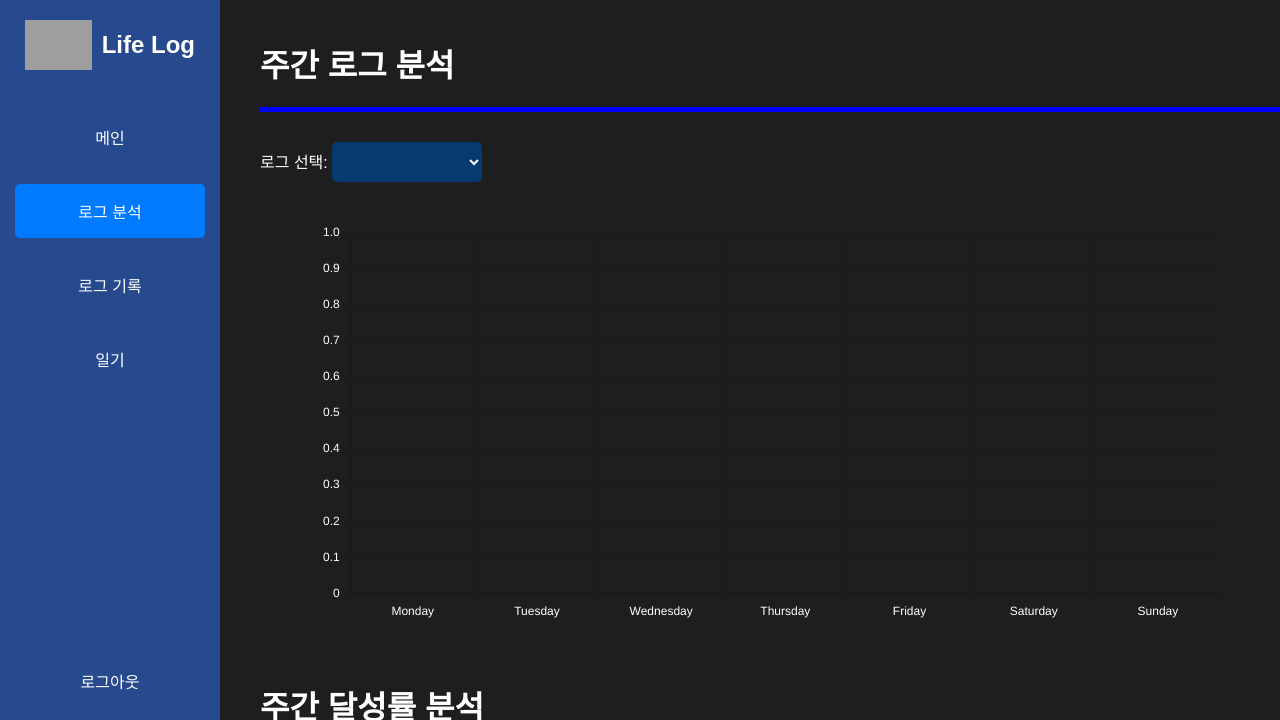
Repository: Hyuk-II/2-2
Page: http://localhost/LifeLog/log_analyze.jsp
An editor plug-in stored every save of this project. The page is shown before and after the next save, followed by the edit.
The browser window is 1280 px wide. The pictures show the whole page.
Pictures or frames that could not be fetched are drawn as grey boxes. An inner scrolling area shows only its first screen. The page is served by Tomcat 9. The session is filled in as if someone had signed in: {"email": "test@example.com", "name": "Test User"}. Queries for data that is not in the repository find no rows.

Above is the page before, as saved 2024-12-14 12:15:16.

### 웹 프로그래밍/LifeLog/src/main/webapp/log_analyze.jsp
<%@ page language="java" contentType="text/html; charset=UTF-8" pageEncoding="UTF-8"%>
<%@ page import="java.sql.*, java.util.*" %>
<%@ page import="javax.servlet.http.*" %>
<%
// 세션에서 사용자 이메일 가져오기
String userEmail = (String) session.getAttribute("email"); // 세션에서 이메일 값 가져오기

// 데이터베이스 연결 정보
String dbUrl = "jdbc:mysql://localhost:3306/life_log_db?serverTimezone=UTC";
String dbUser = "lifelog_admin";
String dbPassword = "q1w2e3r4";

Connection conn = null;
PreparedStatement pstmt = null;
ResultSet rs = null;

// log_name 목록, 단위 및 데이터를 저장할 맵
Map<String, double[]> logDataMap = new LinkedHashMap<>();
Map<String, String> unitMap = new LinkedHashMap<>();
Map<String, Double> goalAchievementMap = new LinkedHashMap<>();

try {
    // 세션 이메일 확인
    if (userEmail == null) {
        response.sendRedirect("login.jsp"); // 세션 정보가 없으면 로그인 페이지로 이동
        return;
    }

    // 데이터베이스 연결
    Class.forName("com.mysql.cj.jdbc.Driver");
    conn = DriverManager.getConnection(dbUrl, dbUser, dbPassword);

    // 특정 사용자의 log_name 목록 및 단위 가져오기
    String logNameQuery = "SELECT DISTINCT log_name, unit FROM logs WHERE user_id = ?";
    pstmt = conn.prepareStatement(logNameQuery);
    pstmt.setString(1, userEmail);
    rs = pstmt.executeQuery();
    List<String> logNames = new ArrayList<>();
    while (rs.next()) {
        String logName = rs.getString("log_name");
        logNames.add(logName);
        unitMap.put(logName, rs.getString("unit")); // 단위 저장
    }
    rs.close();
    pstmt.close();

    // 요일별 데이터 및 달성률 계산
    for (String logName : logNames) {
        double[] weeklyData = new double[7];
        Arrays.fill(weeklyData, 0.0); // 기본값 0으로 초기화
        double totalInput = 0.0;
        int activeDays = 0;
        double goalValue = 0.0;

        String query =
            "SELECT day_of_week, SUM(input_value) AS total_input, COUNT(DISTINCT date_entered) AS active_days, goal_value " +
            "FROM logs " +
            "WHERE user_id = ? AND log_name = ? AND WEEK(date_entered, 1) = ( " +
            "    SELECT MAX(WEEK(date_entered, 1)) FROM logs WHERE user_id = ? AND log_name = ? " +
            ") GROUP BY day_of_week, goal_value";
        pstmt = conn.prepareStatement(query);
        pstmt.setString(1, userEmail);
        pstmt.setString(2, logName);
        pstmt.setString(3, userEmail);
        pstmt.setString(4, logName);

        rs = pstmt.executeQuery();

        Map<String, Integer> dayIndexMap = Map.of(
            "월요일", 0,
            "화요일", 1,
            "수요일", 2,
            "목요일", 3,
            "금요일", 4,
            "토요일", 5,
            "일요일", 6
        );

        while (rs.next()) {
            String day = rs.getString("day_of_week");
            double dayTotalInput = rs.getDouble("total_input");
            int dayActiveDays = rs.getInt("active_days");
            goalValue = rs.getDouble("goal_value"); // 동일 log_name이므로 goal_value는 동일

            totalInput += dayTotalInput;
            activeDays += dayActiveDays;

            if (dayIndexMap.containsKey(day)) {
                int index = dayIndexMap.get(day);
                weeklyData[index] = dayTotalInput;
            }
        }

        // 달성률 계산: (totalInput / (activeDays * goalValue)) * 100
        if (activeDays > 0 && goalValue > 0) {
            double achievementRate = (totalInput / (activeDays * goalValue)) * 100;
            goalAchievementMap.put(logName, achievementRate);
        }

        logDataMap.put(logName, weeklyData);
        rs.close();
    }

} catch (Exception e) {
    e.printStackTrace();
} finally {
    if (rs != null) rs.close();
    if (pstmt != null) pstmt.close();
    if (conn != null) conn.close();
}

// JSON 데이터를 생성
StringBuilder graphDataJsonBuilder = new StringBuilder();
graphDataJsonBuilder.append("{");
int logIndex = 0;
for (Map.Entry<String, double[]> entry : logDataMap.entrySet()) {
    graphDataJsonBuilder.append("\"").append(entry.getKey()).append("\": [");
    double[] data = entry.getValue();
    for (int i = 0; i < data.length; i++) {
        graphDataJsonBuilder.append(data[i]);
        if (i < data.length - 1) {
            graphDataJsonBuilder.append(", ");
        }
    }
    graphDataJsonBuilder.append("]");
    if (logIndex < logDataMap.size() - 1) {
        graphDataJsonBuilder.append(", ");
    }
    logIndex++;
}
graphDataJsonBuilder.append("}");
String graphDataJson = graphDataJsonBuilder.toString();

StringBuilder goalAchievementJsonBuilder = new StringBuilder();
goalAchievementJsonBuilder.append("{");
int achievementIndex = 0;
for (Map.Entry<String, Double> entry : goalAchievementMap.entrySet()) {
    goalAchievementJsonBuilder.append("\"").append(entry.getKey()).append("\": ").append(entry.getValue());
    if (achievementIndex < goalAchievementMap.size() - 1) {
        goalAchievementJsonBuilder.append(", ");
    }
    achievementIndex++;
}
goalAchievementJsonBuilder.append("}");
String goalAchievementJson = goalAchievementJsonBuilder.toString();

// JSP로 데이터 전달
request.setAttribute("graphData", graphDataJson);
request.setAttribute("goalAchievementData", goalAchievementJson);
request.setAttribute("logNames", logDataMap.keySet());
request.setAttribute("unitMap", unitMap); // 단위 데이터 전달
%>


<!DOCTYPE html>
<html>
<head>
    <link rel="icon" href="./images/Logo.png">
    <title>Life Log</title>
    <style>
        body {
            font-family: Arial, sans-serif;
            background-color: #1e1e1e;
            color: white;
            margin: 0;
            padding: 0;
            display: flex;
        }

        .container {
            display: flex;
            height: 100vh;
            width: 100%;
        }

        .menu-bar {
        	width:200px;
        	background-color: #274a8f;
        	display: flex;
        	flex-direction: column;
        	align-items: center;
        	padding: 20px 10px;
        	gap: 20px;
		}

      	.menu-item {
        	display: flex;
        	align-items: center;
        	justify-content: center;
        	padding: 15px;
        	width: 80%;
        	color: white;
        	text-align: center;
        	background-color: #274a8f;
        	border-radius: 5px;
        	cursor: pointer;
        	transition: background-color 0.3s ease;
      	}

      	.menu-item:hover,
      	.menu-item.active {
        	background-color: #007bff;
      	}

      	.place-bottom{
      		bottom: 12px;
      		width: 160px;
      		position: absolute;
      	}

          select {
            width: 150px; /* 선택 창 너비 */
            height: 40px; /* 선택 창 높이 */
            background-color: #063a71; /* 선택 창 배경색 */
            color: white; /* 선택 창 글자 색상 */
            border: none; /* 테두리 제거 */
            border-radius: 5px; /* 모서리를 둥글게 */
            padding: 5px 10px; /* 내부 여백 */
            font-size: 16px; /* 글자 크기 */
            outline: none; /* 포커스 시 외곽선 제거 */
            cursor: pointer; /* 커서를 포인터로 변경 */
            transition: background-color 0.3s ease;
        }

        select:hover {
            background-color: #0056b3; /* 마우스 오버 시 배경색 */
        }

        option {
            font-size: 16px; /* 옵션 글자 크기 */
            padding: 10px; /* 옵션 내부 여백 */
        }

        .logo-container {
  			display: flex;
  			align-items: center;
  			gap: 10px;
  			margin-bottom: 20px;
  		}


		.logo {
  		    height: 50px;
  			width: auto;
  			}

		.logo-text {
  			font-size: 24px;
  			font-weight: bold;
  			color: white;
		}

        .main-content {
            flex: 1;
            padding-left: 40px;
            box-sizing: border-box;
            overflow-y: auto;
        }

        .section1 {
            margin-top: 40px;
        }

        .section2 {
            margin-top: 60px;
        }

        hr {
            height: 5px;
            border: none;
            background-color: blue;
            margin-top: 10px;
            margin-bottom: 30px;
        }

        .graph-container {
            margin: 20px auto;
            margin-top: 40px;
            width: 90%;
            text-align: center;
        }

        canvas {
    		display: block;
    		margin: 0 auto;
    		width: 900px !important;
    		height: 400px !important;
		}


        #achievementContainer {
            display: flex;
            flex-wrap: wrap; /* 한 줄에 두 개씩 정렬 */
            justify-content: space-around;
        }

        .info-table {
            width: 70%; /* 테이블 전체 너비를 조정 */
            margin: 10px auto; /* 중앙 정렬 */
            border-collapse: collapse; /* 테두리 간격 제거 */
        }

        .info-table tr {
            border-bottom: 1px solid #444; /* 하단 경계선 */
        }

        .info-table th, .info-table td {
            padding: 15px 10px;
            text-align: left; /* 텍스트를 가운데 정렬 */
            color: white;
        }

        .info-table th {
            font-weight: bold;
            text-align: left; /* 헤더 가운데 정렬 */
        }

        .info-table td:first-child {
            text-align: left; /* 첫 번째 열은 왼쪽 정렬 */
        }

    </style>
    <script src="https://cdn.jsdelivr.net/npm/chart.js"></script>
    <script>
        let chart;

        // 전체 데이터
        const graphData = JSON.parse('<%= request.getAttribute("graphData") %>');
        const goalAchievementData = JSON.parse('<%= request.getAttribute("goalAchievementData") %>');

        console.log("goalAchievementData:", goalAchievementData);

        // 그래프 그리기
        function drawGraph(logName) {
            const data = graphData[logName];
            const ctx = document.getElementById('graphCanvas').getContext('2d');

                    // 막대그래프 색상 배열 생성
        const colors = [
            'rgba(255, 99, 132, 0.7)',  // Monday
            'rgba(54, 162, 235, 0.7)', // Tuesday
            'rgba(255, 206, 86, 0.7)', // Wednesday
            'rgba(75, 192, 192, 0.7)', // Thursday
            'rgba(153, 102, 255, 0.7)', // Friday
            'rgba(255, 159, 64, 0.7)',  // Saturday
            'rgba(199, 199, 199, 0.7)'  // Sunday
        ];

        const borderColors = [
            'rgba(255, 99, 132, 1)',  // Monday
            'rgba(54, 162, 235, 1)', // Tuesday
            'rgba(255, 206, 86, 1)', // Wednesday
            'rgba(75, 192, 192, 1)', // Thursday
            'rgba(153, 102, 255, 1)', // Friday
            'rgba(255, 159, 64, 1)',  // Saturday
            'rgba(199, 199, 199, 1)'  // Sunday
        ];

            if (chart) {
                chart.destroy();
            }

            chart = new Chart(ctx, {
                type: 'bar',
                data: {
                    labels: ["Monday", "Tuesday", "Wednesday", "Thursday", "Friday", "Saturday", "Sunday"],
                    datasets: [{
                        label: logName,
                        data: data,
                        backgroundColor: colors,
                        borderColor: borderColors,
                        borderWidth: 1
                    }]
                },
                options: {
                    scales: {
                        y: {
                            beginAtZero: true,
                            ticks: {
                                color: 'white'
                            }
                        },
                        x: {
                            ticks: {
                                color: 'white'
                            }
                        }
                    },
                    plugins: {
                        legend: {
                            display: false
                        }
                    }
                }
            });
        }

        function createPieChartWithTitle(logName, index) {
            const container = document.createElement('div');
            console.log("createPieChartWithTitle logName:", logName); // 디버깅 추가

            container.style.width = '48%'; // 한 줄에 두 개씩 정렬
            container.style.margin = '1%'; // 그래프 간 간격
            container.style.textAlign = 'center';
            container.style.display = 'inline-block'; // Flex 정렬에 포함되도록 설정

            // 제목 추가
            const title = document.createElement('h3');
            title.textContent = logName
            title.style.color = 'white';
            title.style.marginBottom = '10px';
            container.appendChild(title);

            // 캔버스 추가
            const canvasId = `achievementCanvas${index}`;
            const canvasElement = document.createElement('canvas');
            canvasElement.id = canvasId;
            canvasElement.width = 300; // 그래프 크기 축소
            canvasElement.height = 300;
            container.appendChild(canvasElement);

            // 컨테이너에 추가
            const achievementContainer = document.getElementById('achievementContainer');
            achievementContainer.appendChild(container);

            // 그래프 생성
            const ctx = canvasElement.getContext('2d');
            new Chart(ctx, {
                type: 'pie',
                data: {
                    labels: [logName + " 달성", logName + " 미달성"],
                    datasets: [{
                        data: [
                            goalAchievementData[logName],
                            100 - goalAchievementData[logName]
                        ],
                        backgroundColor: [
                            'rgba(75, 192, 192, 0.7)',
                            'rgba(255, 99, 132, 0.7)'
                        ]
                    }]
                },
                options: {
                    plugins: {
                        legend: {
                            display: true,
                            position: 'bottom'
                        },
                        tooltip: {
                            callbacks: {
                                label: function (context) {
                                    let label = context.label || '';
                                    if (label) {
                                        label += ': ';
                                    }
                                    label += context.raw.toFixed(2) + '%';
                                    return label;
                                }
                            }
                        }
                    }
                }
            });
        }

        // 페이지 로드 시 실행
        window.onload = function () {
            const logSelector = document.getElementById('logSelector');
            drawGraph(logSelector.value);
            logSelector.addEventListener('change', function () {
                drawGraph(this.value);
            });



            // 원그래프 생성
            const achievementContainer = document.getElementById('achievementContainer');
            achievementContainer.innerHTML = ''; // 기존 그래프 초기화
            Object.keys(goalAchievementData).forEach((logName, index) => {
                createPieChartWithTitle(logName, index);
            });
        };

</script>
</head>
<body>
    <div class="container">
        <div class="menu-bar">
            <div class="logo-container"  onclick="location.href='main.jsp'">
                <img src="./images/Logo.png" alt="Logo" class="logo" />
                <div class="logo-text">Life Log</div>
          </div>
          <div class="menu-item" data-page="main" onclick="location.href='main.jsp'">메인</div>
          <div class="menu-item active" data-page="log-analysis" onclick="location.href='log_analyze.jsp'">로그 분석</div>
          <div class="menu-item" data-page="log-record" onclick="location.href='goal_set.jsp'">로그 기록</div>
          <div class="menu-item" data-page="diary" onclick="location.href='diary.jsp'">일기</div>
          <div class="menu-item place-bottom" onclick="location.href='SignIn.jsp'">로그아웃</div>
        </div>


        <div class="main-content">
            <h1 class="section1">주간 로그 분석</h1>
            <hr>
            <div>
                <label for="logSelector">로그 선택:</label>
                <select id="logSelector">
                    <% for (String logName : (Set<String>) request.getAttribute("logNames")) { %>
                        <option value="<%= logName %>"> <%= logName %></option>
                    <% } %>
                </select>
            </div>
            <div class="graph-container">
                <canvas id="graphCanvas" width="900" height="400"></canvas>
            </div>
            <h1 class="section2">주간 달성률 분석</h1>
            <hr>
            <div id="achievementContainer" class="graph-container">
                <!-- 개별 원그래프가 동적으로 추가됩니다. -->
            </div>
            <h1 class="section2">주간 로그 통계</h1>
            <hr>
            <table class="info-table">
                <thead>
                    <tr>
                        <th>항목</th>
                        <th>값</th>
                    </tr>
                </thead>
                <tbody>
                    <%
                        for (String logName : logDataMap.keySet()) {
                            double[] weeklyData = logDataMap.get(logName);
                            double total = Arrays.stream(weeklyData).sum(); // 총합 계산
                            String unit = unitMap.get(logName); // 해당 log_name의 단위 가져오기
                    %>
                    <tr>
                        <td><%= logName %></td>
                        <td style="text-align: middle;"><%= total %> <%= unit %></td>
                    </tr>
                    <% } %>
                </tbody>
            </table>



        </div>

    </div>
</body>
</html>

After the next save:
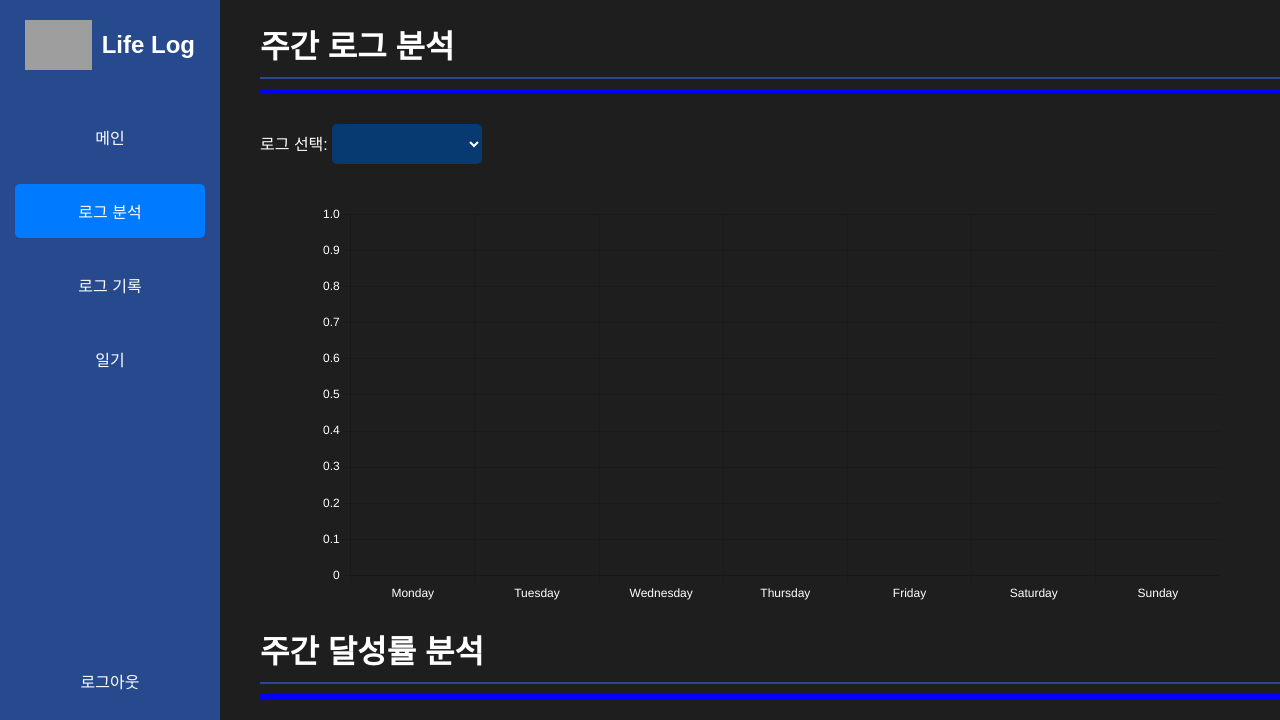
Saved 2 min 21 s later.
--- a/웹 프로그래밍/LifeLog/src/main/webapp/log_analyze.jsp
+++ b/웹 프로그래밍/LifeLog/src/main/webapp/log_analyze.jsp
@@ -257,12 +257,13 @@
             overflow-y: auto;
         }
 
-        .section1 {
-            margin-top: 40px;
-        }
-
-        .section2 {
-            margin-top: 60px;
+        h1 {
+            font-family: Arial;
+            margin-bottom: 10px;
+            color: #fff;
+            border-bottom: 2px solid #2D488B;
+            padding-bottom: 10px;
+            text-align: left;
         }
 
         hr {

After the save that followed:
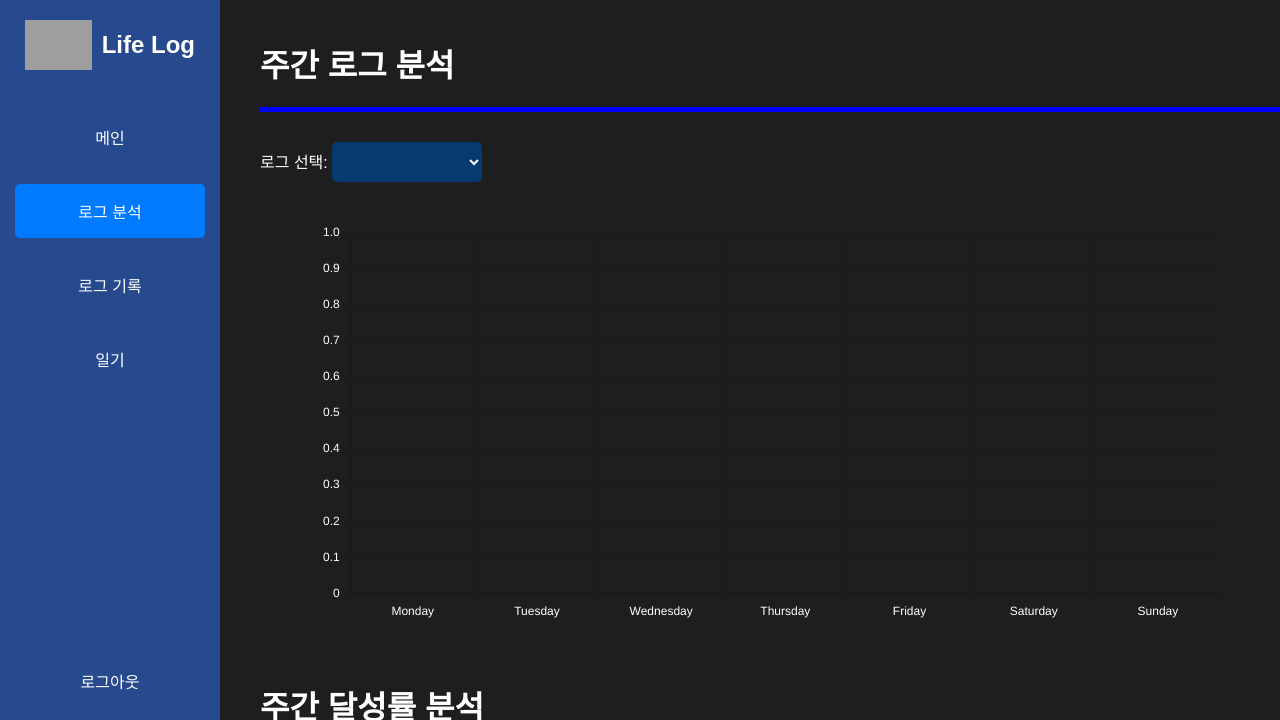
Saved 18 s later.
--- a/웹 프로그래밍/LifeLog/src/main/webapp/log_analyze.jsp
+++ b/웹 프로그래밍/LifeLog/src/main/webapp/log_analyze.jsp
@@ -257,13 +257,12 @@
             overflow-y: auto;
         }
 
-        h1 {
-            font-family: Arial;
-            margin-bottom: 10px;
-            color: #fff;
-            border-bottom: 2px solid #2D488B;
-            padding-bottom: 10px;
-            text-align: left;
+        .section1 {
+            margin-top: 40px;
+        }
+
+        .section2 {
+            margin-top: 60px;
         }
 
         hr {
